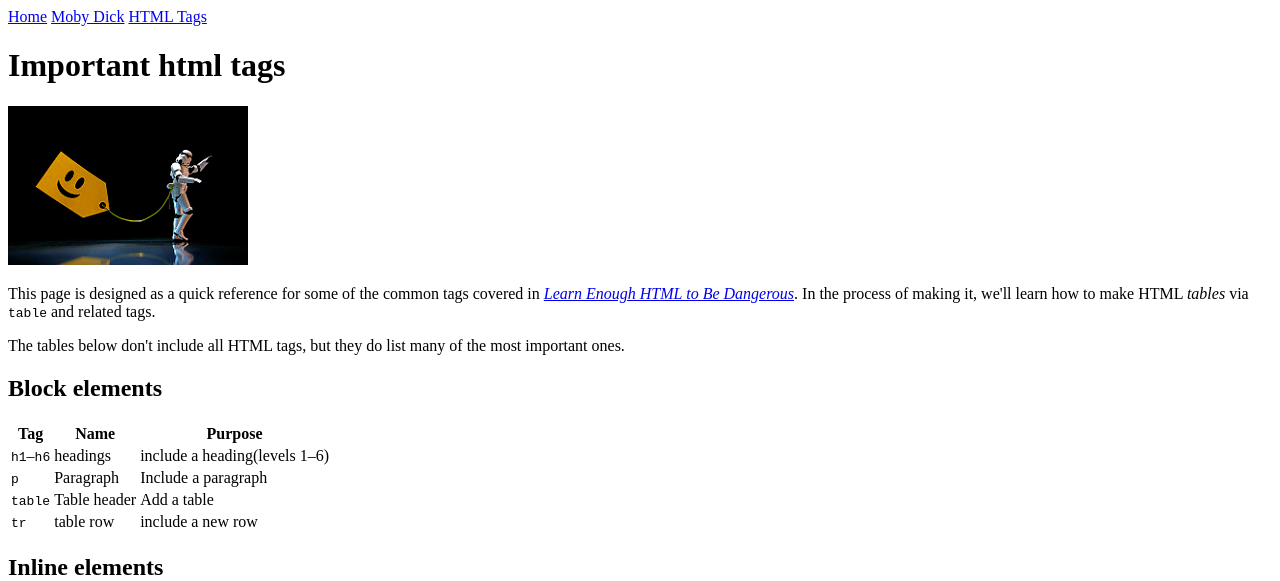
Repository: Athithyaneo/goo
Page: tags.html
The author's editor kept a record of every edit. The page is drawn from the files as they stood at one moment, then again after the next edit.
The browser window is 1280 px wide. The pictures show the part of the page from y = 0 to 581 px (the page is 963 px tall before and 981 px after).
A picture or video elsewhere on the page could not be fetched, so the positions and the page height are approximate.

Above is the page before.

After the next edit:
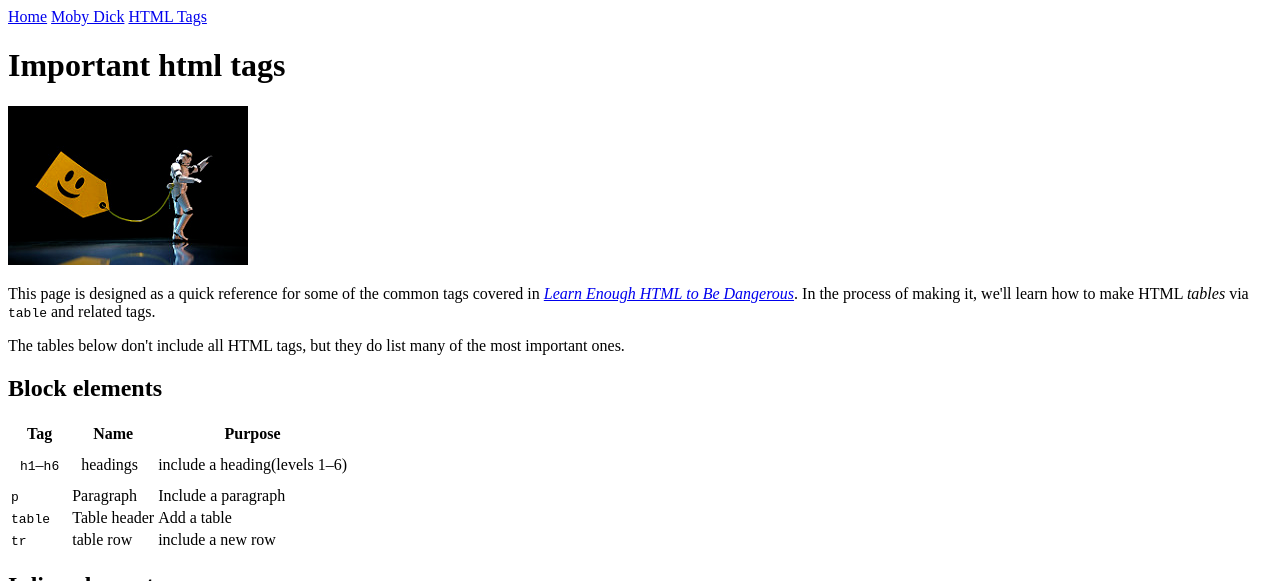
The edit:
--- a/tags.html
+++ b/tags.html
@@ -33,8 +33,8 @@
             <th>Purpose</th>
         </tr>
         <tr>
-            <td><code>h1</code>&ndash;<code>h6</code></td>
-            <td>headings</td>
+            <td style="padding:10px;"><code>h1</code>&ndash;<code>h6</code></td>
+            <td style="padding:10px;">headings</td>
             <td>include a heading(levels 1&ndash;6)</td>
         </tr>
         <tr>
